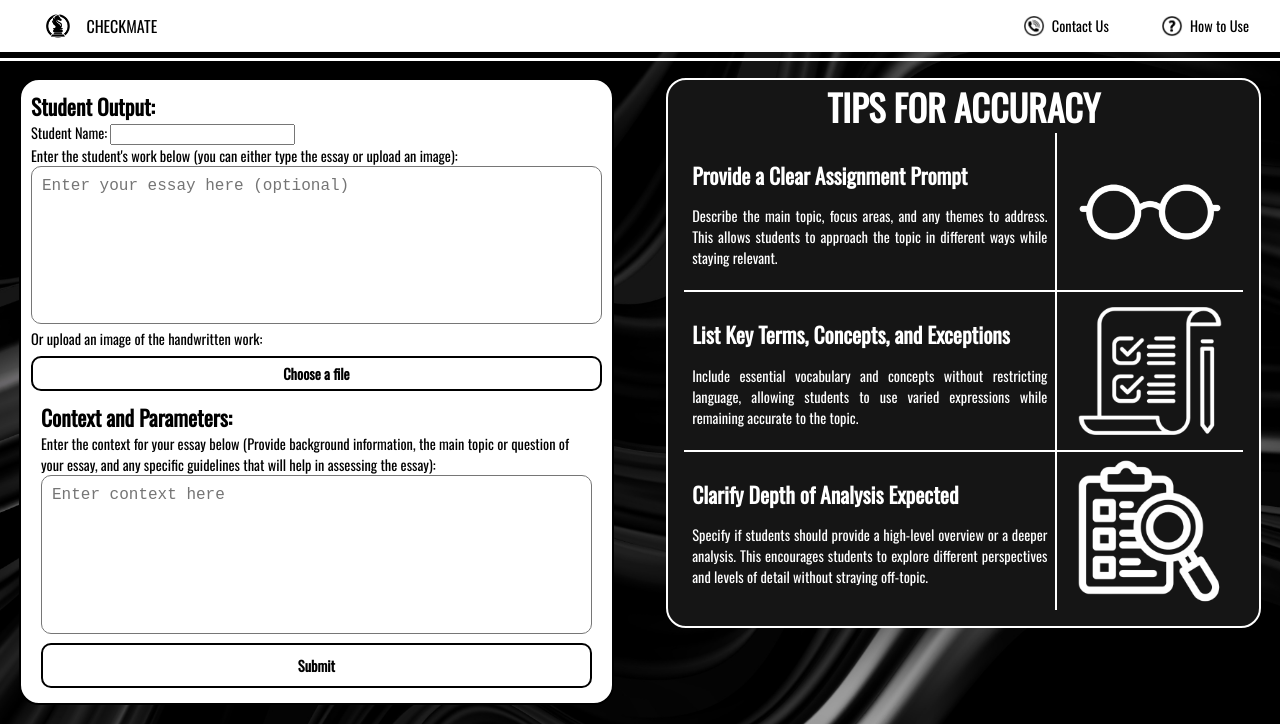
Repository: iiTzXyZ11/CheckMateAI
Page: http://localhost/scan
An editor plug-in stored every save of this project. The page is shown before and after a run of saves, followed by the edit.
The browser window is 1280 px wide. The pictures show the whole page.
The page is served by the project's application, run on Flask 3 (app.py).

Above is the page before, as saved 2025-01-30 22:37:23.

After the next 2 saves:
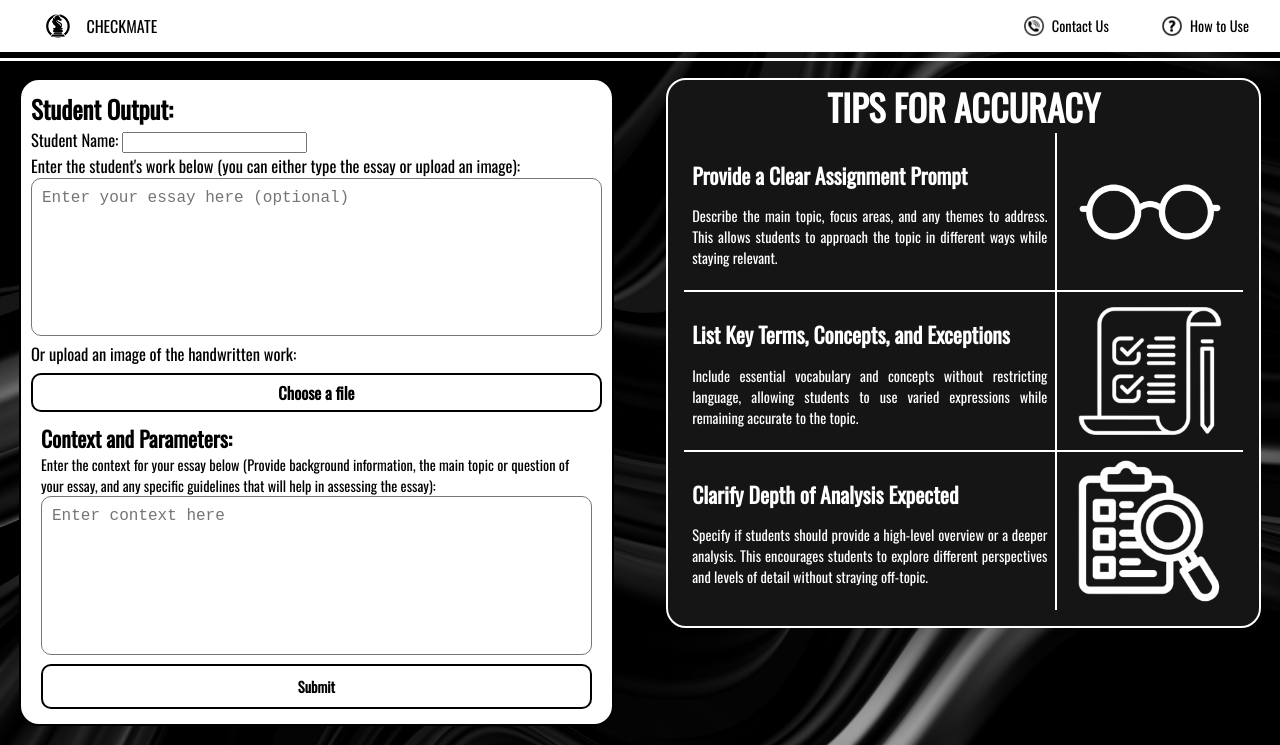
The 2 saves are shown as one change because they came seconds apart.
The last was saved 4 min 0 s later.
--- a/static/css/test_style.css
+++ b/static/css/test_style.css
@@ -15,7 +15,7 @@
     }
 
     .box{
-        font-size: clamp(0.9rem,1vh,1.032rem);
+        font-size: clamp(1rem,5vh,1.032rem);
     }
 
     .tips-container h1{
